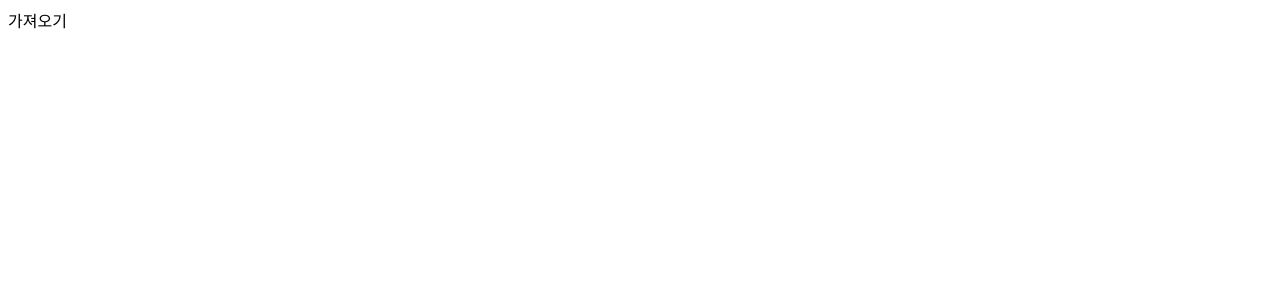
Repository: tjdwlsl/jspstudy
Page: http://localhost/JQuery_Ajax/02_ajax/ex04/ex04.jsp
The author's editor kept a copy of each file at every save. The page is drawn from the files as they stood at one save, then again after the next save.
The browser window is 1280 px wide. The pictures show the whole page.
After loading, the first visible `#btn` was clicked once.
The page is served by Tomcat 9. Other server files are loaded and not shown.

Above is the page before, as saved 2023-07-21 01:23:08.
Console error: ReferenceError: price is not defined

### JQuery_Ajax/src/main/webapp/02_ajax/ex04/ex04.jsp
<%@ page language="java" contentType="text/html; charset=UTF-8"
    pageEncoding="UTF-8"%>
<!DOCTYPE html>
<html>
<head>
<meta charset="UTF-8">
<title>Insert title here</title>
<style type="text/css">
	table{
		width: 600px; margin-top: 50px; border-collapse: collapse;
	}
	table, th, td{
		border: 1px solid green; text-align: center;
	}
</style>
<%-- jQuery 라이브러리 CDN --%>
<script src="https://ajax.googleapis.com/ajax/libs/jquery/3.7.0/jquery.min.js"></script>
<script type="text/javascript">
$(document).ready(function(){
	$("#btn").on("click", function() {
		//클릭을 하면 계속 추가되는 현상을 방지 => 초기화
		$("#out").empty();
		var table = "<table>";
		table += "<thead><tr><th>이름</th><th>가격</th></tr></thead>";
		table += "<tbody>";

		// jQuery에서 (xml, html, txt) 가져오는 메서드 :.get()
		// jQuery에서 (xml, html, txt) 가져오는 메서드 :.getJSON()
		$.get("data01.xml", function(data) {
			//console.log(data);
			//태그 찾는 방법 : js => getElementsByTagName("태그이름");
			//			   jQuery => find("태그이름");

			//반복문 : js => for문, for in문
			//		 jQuery => each문
			//받아온 data에서 product 태그를 찾기
			//여러개이므로 반복문을 실행함
			$(data).find("product").each(function() {
				var name = $(this).find("name").text();
				var name = $(this).find("price").text();
				table += "<tr>";
				table += "<td>"+name+"</td>";
				table += "<td>"+price+"</td>";
				table += "</tr>";
			});
		table += "</tbody></table>";
		$("#out").append(table);
		});

	});
});
</script>
</head>
<body>
	<div id="btn">가져오기</div>
	<div id="out"></div>
</body>
</html>

### JQuery_Ajax/src/main/webapp/02_ajax/ex04/data01.xml
<?xml version="1.0" encoding="UTF-8"?>
<!--
	xml : 확장 마크업 언어
		사용자가 태그를 만들어서 사용
		DTD라는 xml문서의 구조 및 해당 문서에서 사용할 수 있는 적법한 요소 및 속성을 정의 한 것
		** xml은 루트 태그가 하나임
 -->
 <products>
 	<product>
 		<name>흰 우유</name>
 		<price>1100</price>
 	</product>
 	<product>
 		<name>탄산음료</name>
 		<price>1600</price>
 	</product>
 	<product>
 		<name>이온음료</name>
 		<price>1400</price>
 	</product>
 	<product>
 		<name>음료수</name>
 		<price>900</price>
 	</product>

 </products>

After the next save:
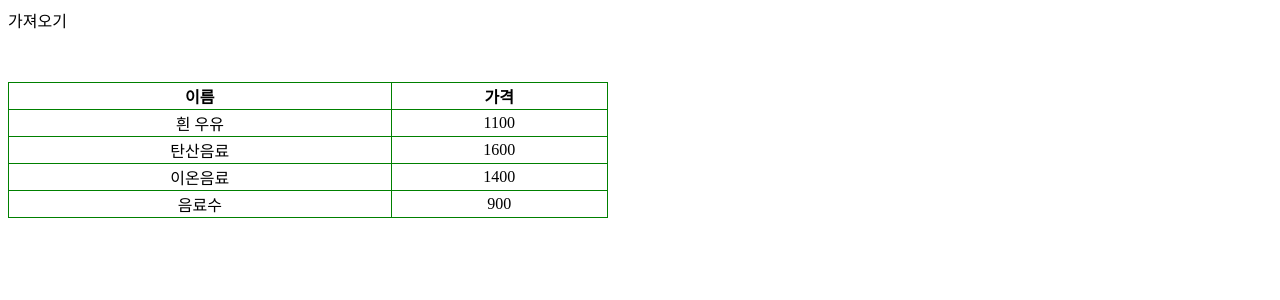
The error is gone.
Saved 2 min 43 s later.
--- a/JQuery_Ajax/src/main/webapp/02_ajax/ex04/ex04.jsp
+++ b/JQuery_Ajax/src/main/webapp/02_ajax/ex04/ex04.jsp
@@ -37,7 +37,7 @@
 			//여러개이므로 반복문을 실행함
 			$(data).find("product").each(function() {
 				var name = $(this).find("name").text();
-				var name = $(this).find("price").text();
+				var price = $(this).find("price").text();
 				table += "<tr>";
 				table += "<td>"+name+"</td>";
 				table += "<td>"+price+"</td>";
